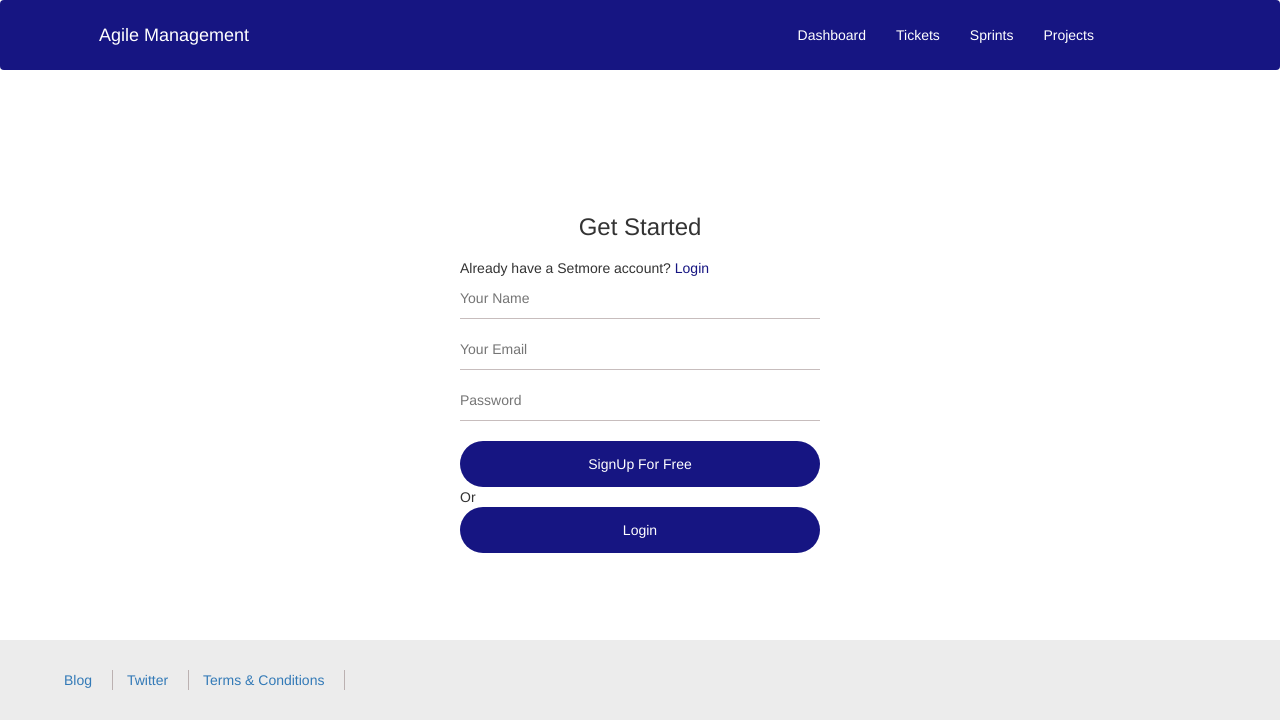
Repository: princexavier/agil
Page: http://localhost/Agile/
An editor plug-in stored every save of this project. The page is shown before and after the next save, followed by the edit.
The browser window is 1280 px wide. The pictures show the whole page.
Some web libraries are served in a nearby version. The page is served by Tomcat 9.

Above is the page before, as saved 2018-01-19 05:02:47.

After the next save:
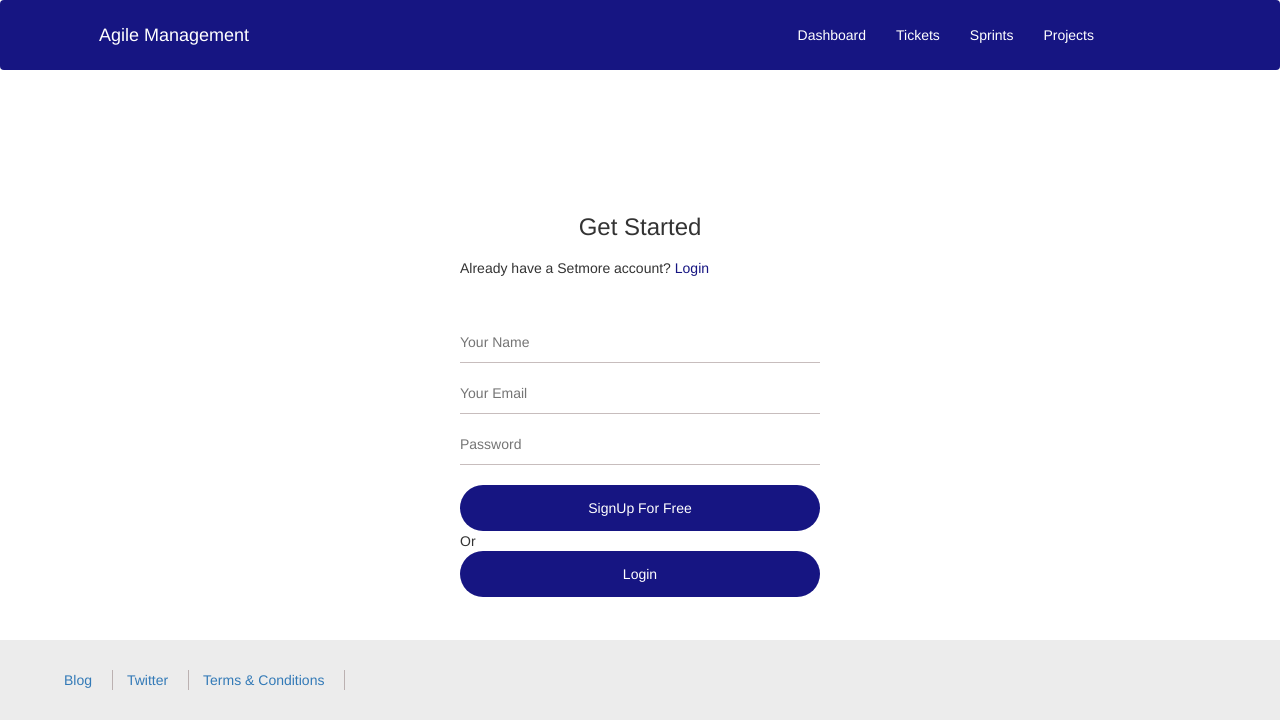
Saved 53 s later.
--- a/workspace/Agile/WebContent/index.jsp
+++ b/workspace/Agile/WebContent/index.jsp
@@ -38,7 +38,7 @@
     		<div class="col-md-4">
     			<form action=""class="reg-form">
     				<h3>Get Started</h3>
-    				<p>Already have a Setmore account? <a style="color:#161582;">Login</a><p>
+    				<p style="margin-bottom: 15%;">Already have a Setmore account? <a style="color:#161582;">Login</a><p>
     				<input type="text" placeholder="Your Name">
     				<input type="text" placeholder="Your Email">
     				<input type="text" placeholder="Password">
